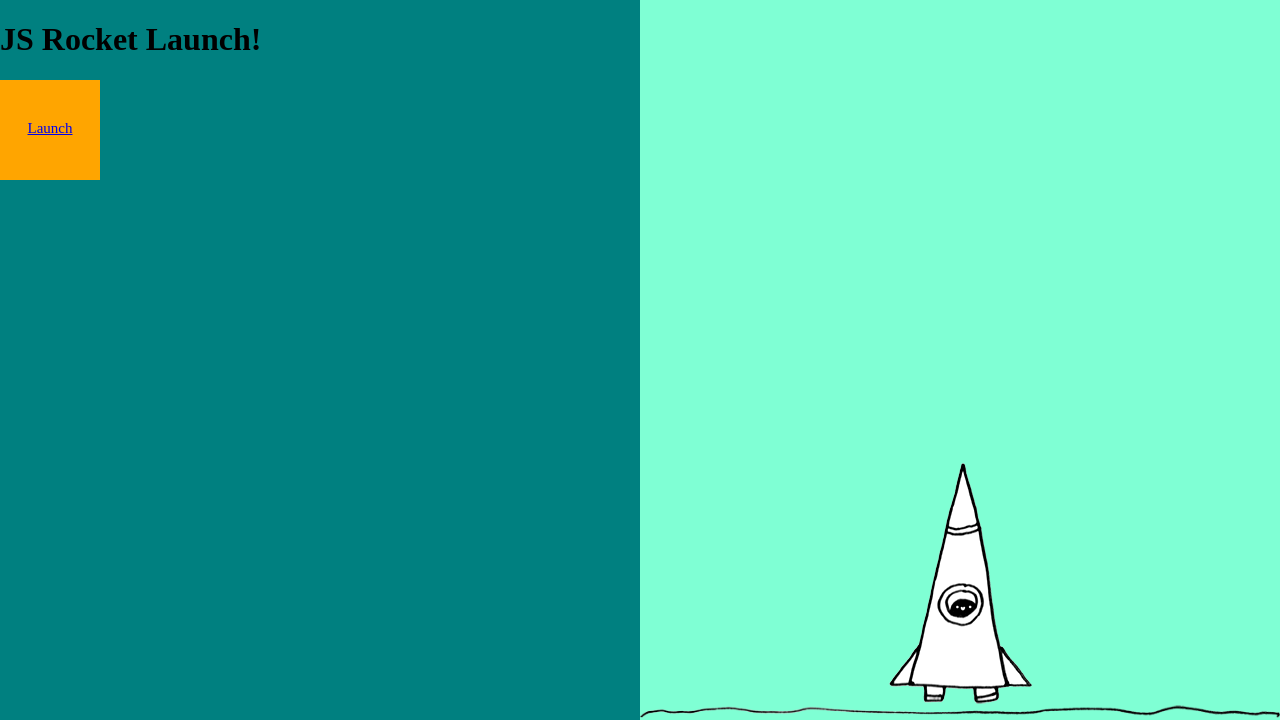
Repository: alcarrizo/Rocket-launch
Page: index.html
An editor plug-in stored every save of this project. The page is shown before and after the next save, followed by the edit.
The browser window is 1280 px wide. The pictures show the whole page.

Above is the page before, as saved 2022-10-20 17:07:07.

After the next save:
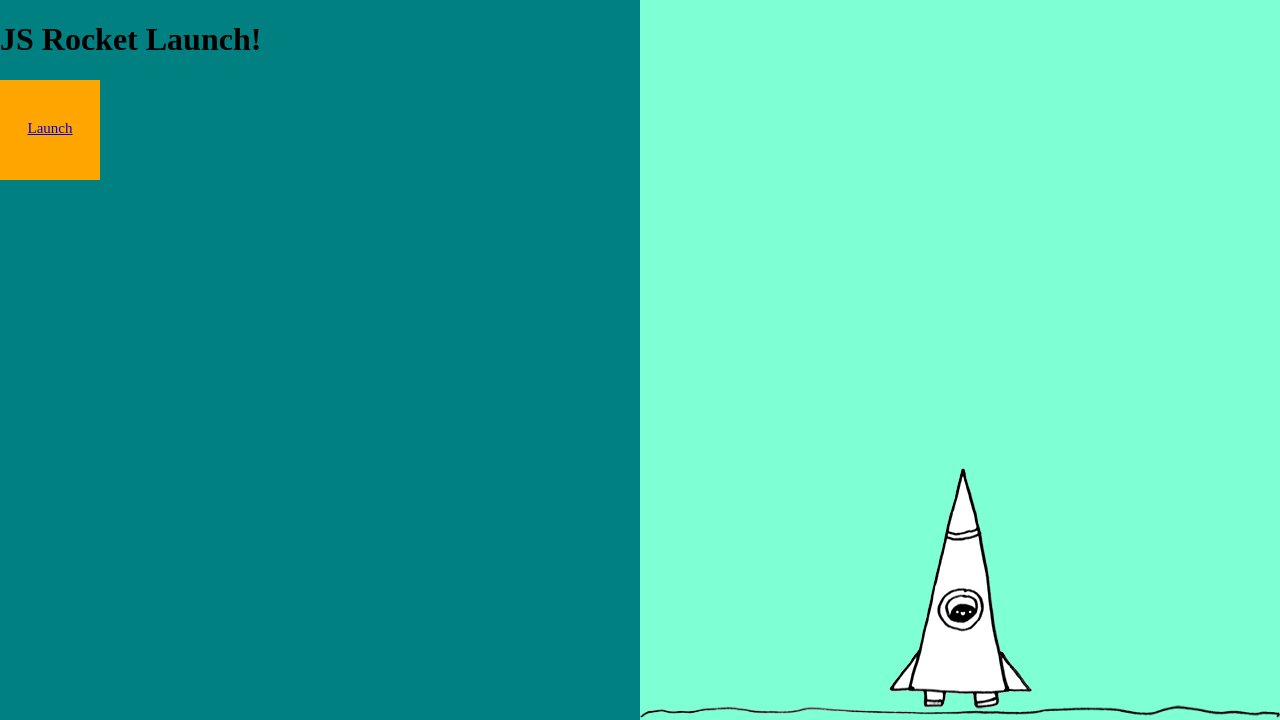
Saved 21 s later.
--- a/css/style.css
+++ b/css/style.css
@@ -25,7 +25,7 @@ body {
 .rocket {
     position: absolute;
     left: 50%;
-    bottom: -15px;
+    bottom: -20px;
     width: 143px;
     height: 272px;
     background: url("../img/rocket-state1.png") no-repeat 0 0;
